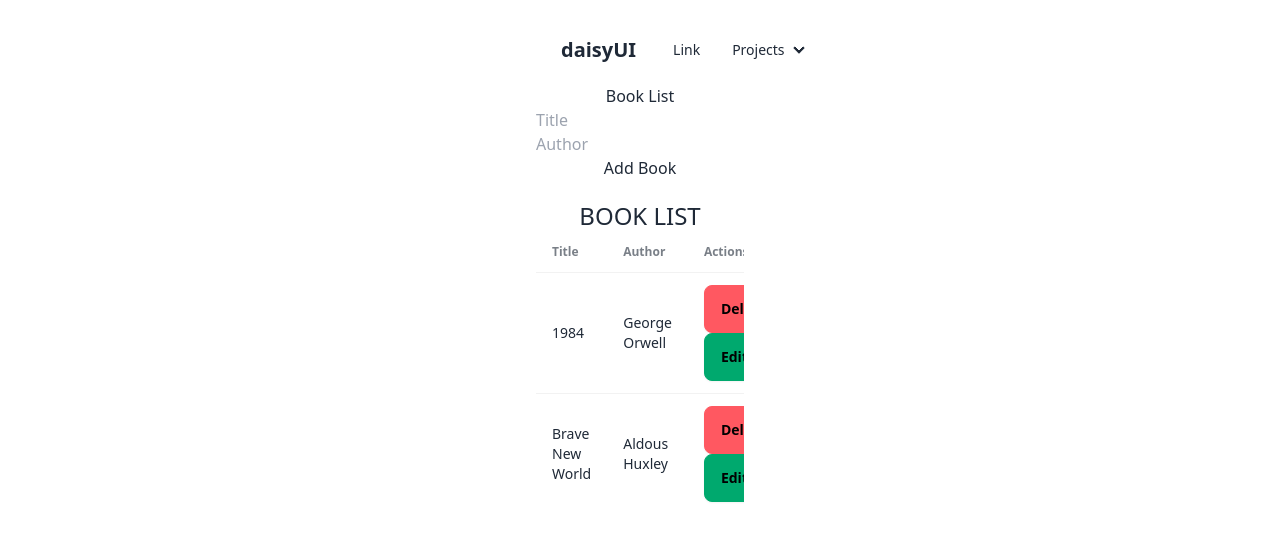
Repository: sibi24sibi/Crud-app-svelte
Page: /
An editor plug-in stored every save of this project. The page is shown before and after the next save, followed by the edit.
The browser window is 1280 px wide. The pictures show the whole page.
The project was rebuilt for these pictures with package versions that can differ from the ones it lists, and the page was loaded fresh each time. Also part of the build but not shown: svelte.config.js, vite.config.js, src/lib/Counter.svelte, src/Components/Input.Svelte, src/Components/InputData.svelte.

Above is the page before, as saved 2024-06-30 18:59:42.

After the next save:
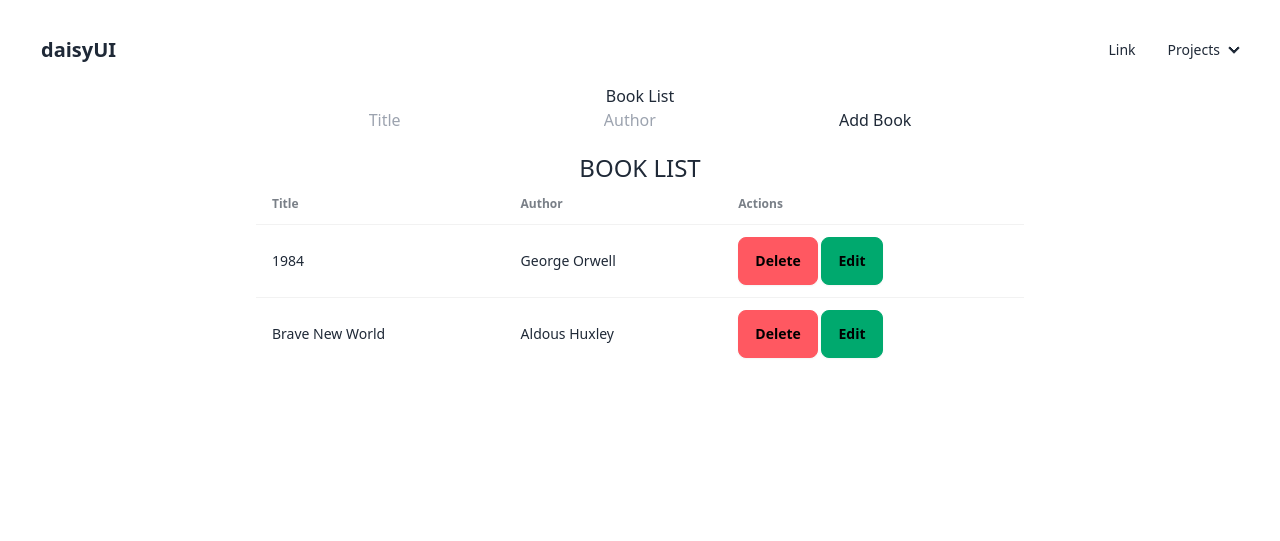
Saved 47 s later.
--- a/src/App.svelte
+++ b/src/App.svelte
@@ -21,7 +21,7 @@
   main {
     text-align: center;
     padding: 1em;
-    max-width: 240px;
+
     margin: 0 auto;
   }
 
